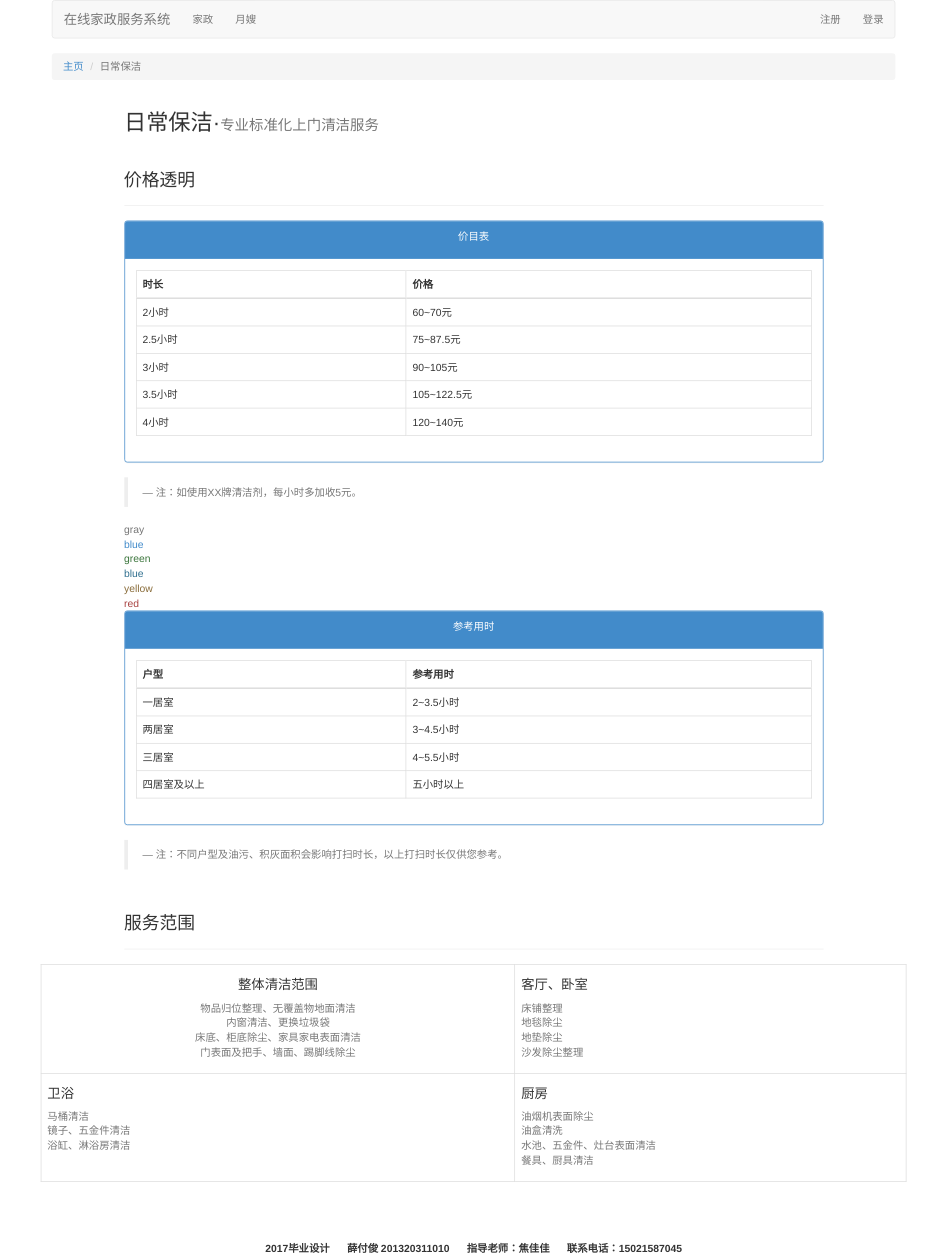
Repository: ELeonCXFJ/MyEclipseWS
Page: http://localhost/MyWeb/jsps/product/keeper/dailywork.jsp
An editor plug-in stored every save of this project. The page is shown before and after the next save, followed by the edit.
The browser window is 1280 px wide. The pictures show the whole page, at 74% of full size.
The page is served by Tomcat 9. Nobody is signed in. The application's start-up code is not run.

Above is the page before, as saved 2017-03-22 09:32:41.

After the next save:
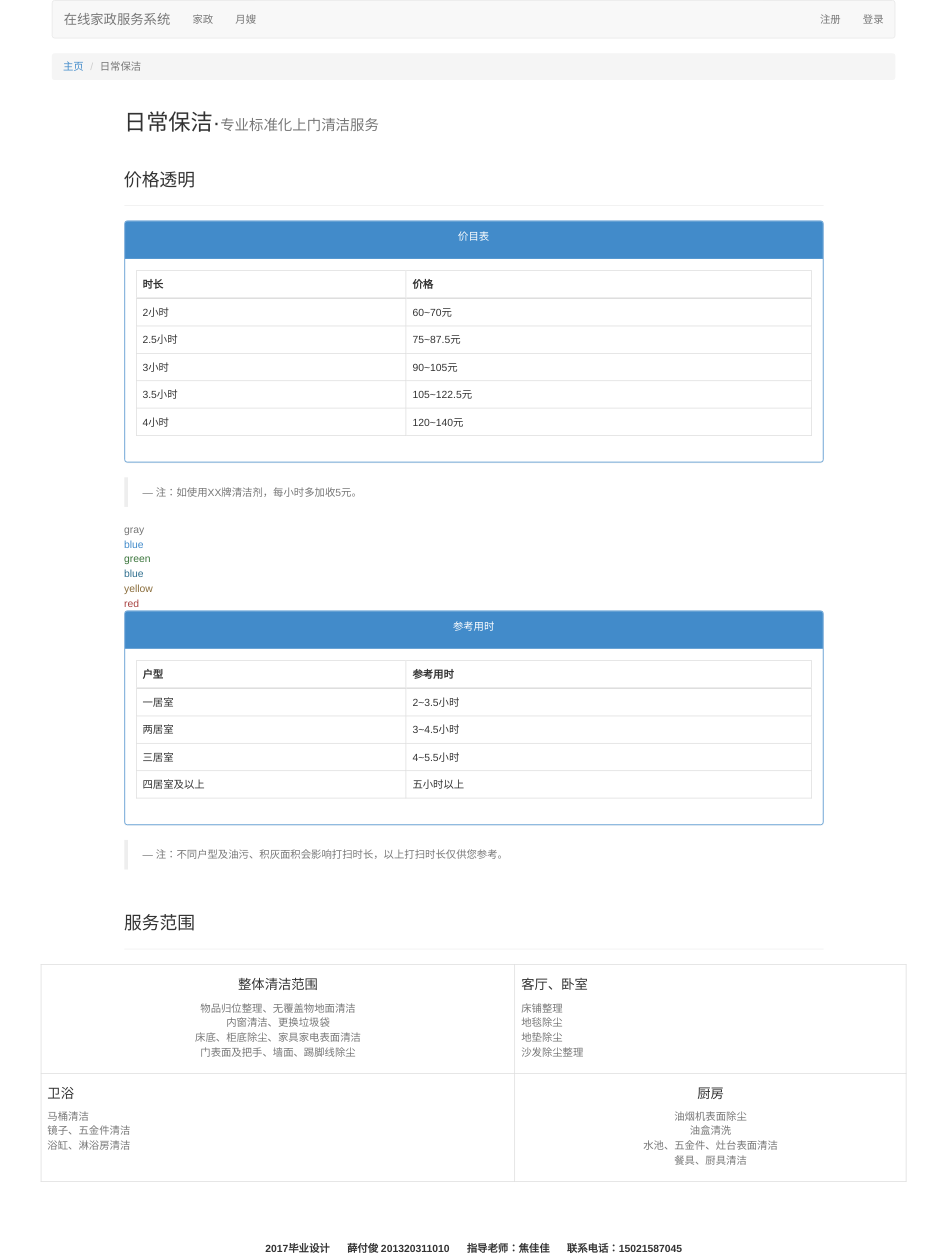
Saved 18 s later.
--- a/MyWeb/WebRoot/jsps/product/keeper/dailywork.jsp
+++ b/MyWeb/WebRoot/jsps/product/keeper/dailywork.jsp
@@ -136,7 +136,7 @@
 						 浴缸、淋浴房清洁</br>
 					</p>
 				</td>
-				<td>
+				<td align="center">
 					<h4>厨房</h4>
 					<p class="text-muted">
 						油烟机表面除尘</br>
